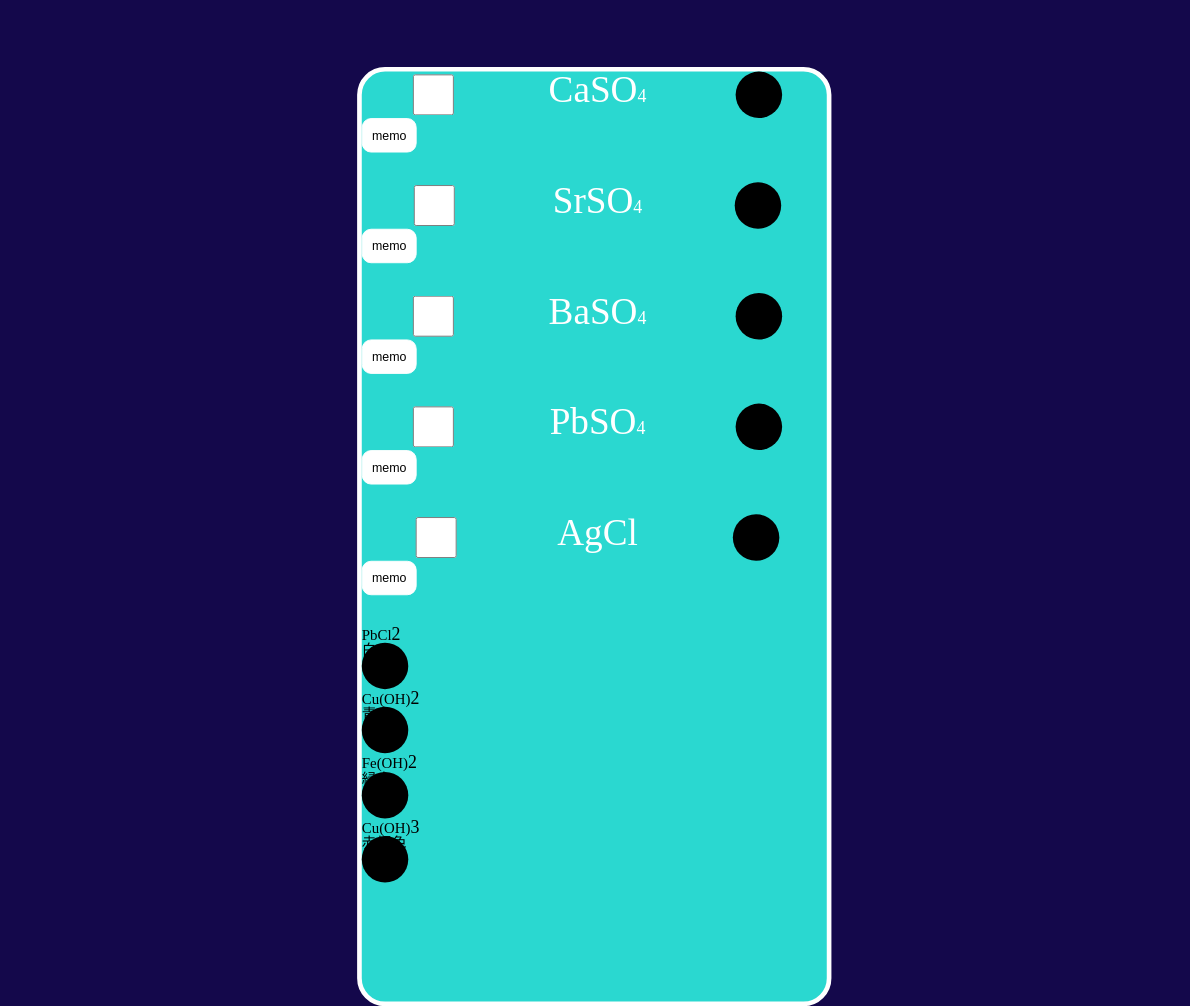
Repository: 1000sky/Inorganic_chemistry_application
Page: http://localhost/
The author's editor kept a copy of each file at every save. The page is drawn from the files as they stood at one save, then again after the next save.
The browser window is 1280 px wide. The pictures show the whole page, at 93% of full size.
The page is served by the project's Laravel application, run on PHP 8.4 with Laravel 8.

Above is the page before, as saved 2022-07-12 20:27:01.

After the next save:
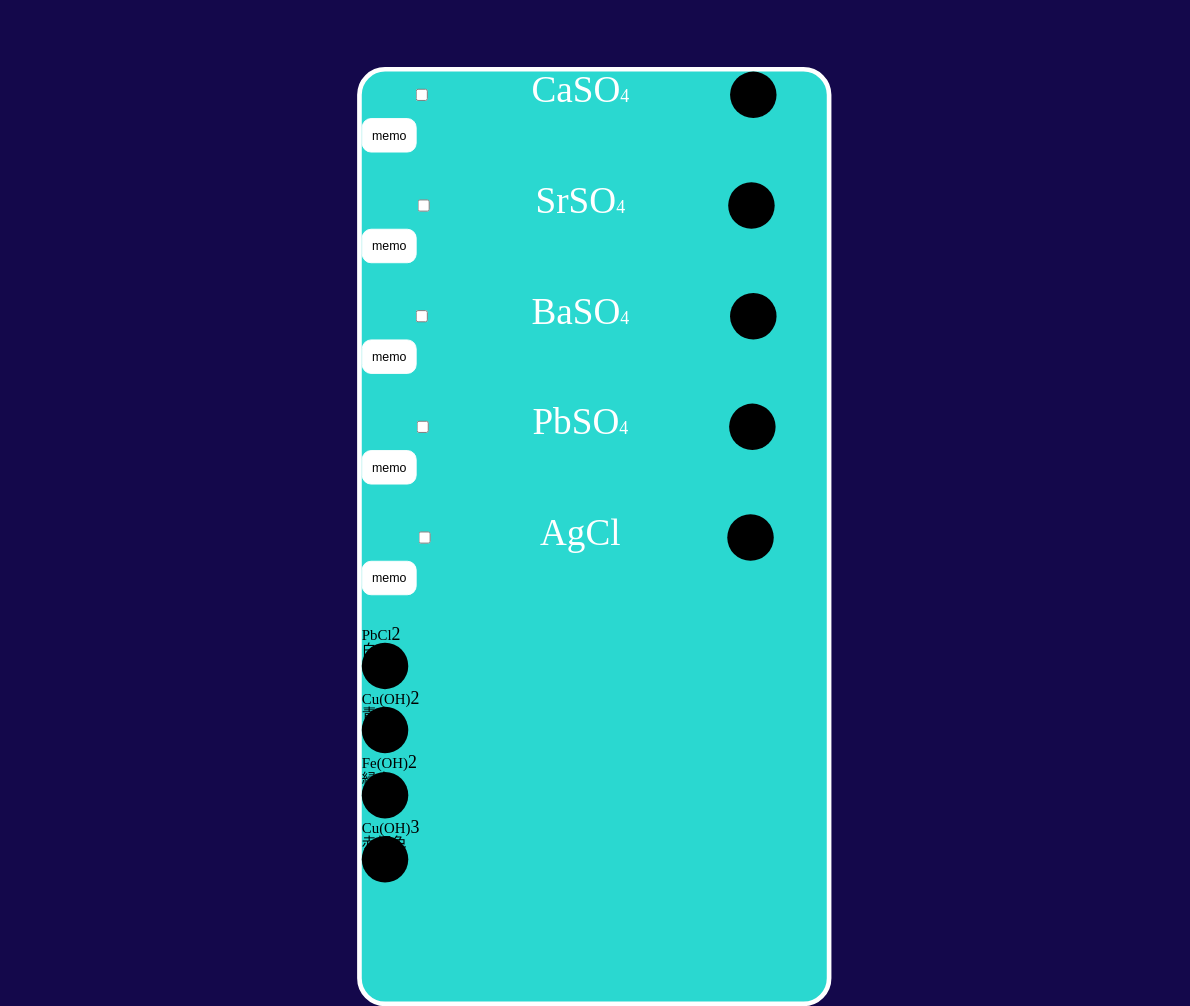
Saved 11 s later.
--- a/application/public/css/index.css
+++ b/application/public/css/index.css
@@ -13,7 +13,7 @@ body {
   border-radius: 30px;
 }
 .checkbox{
-    width: 50px;
+
 
 }
 .memorize{
